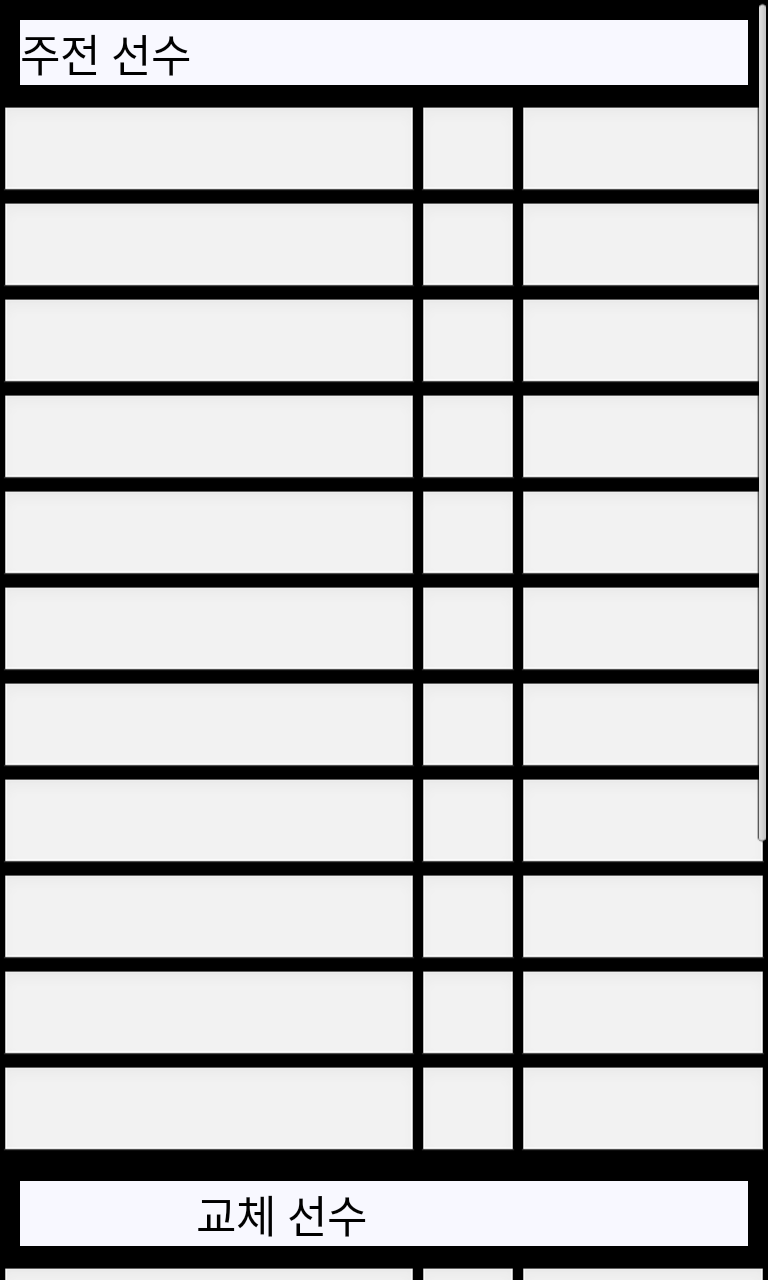
Repository: kwk0518/dongne
Layout: dongne_proto/test/res/layout/player.xml
These files come from the project's save history. The layout is drawn as it stood at one moment and after the next save; the edit follows.
It is drawn on a 768 x 1280 px phone screen (xhdpi) without system bars, with theme android:Theme; the app's code is not run.

Above is the layout before, as saved 2012-06-20 18:38:06.

After the next save:
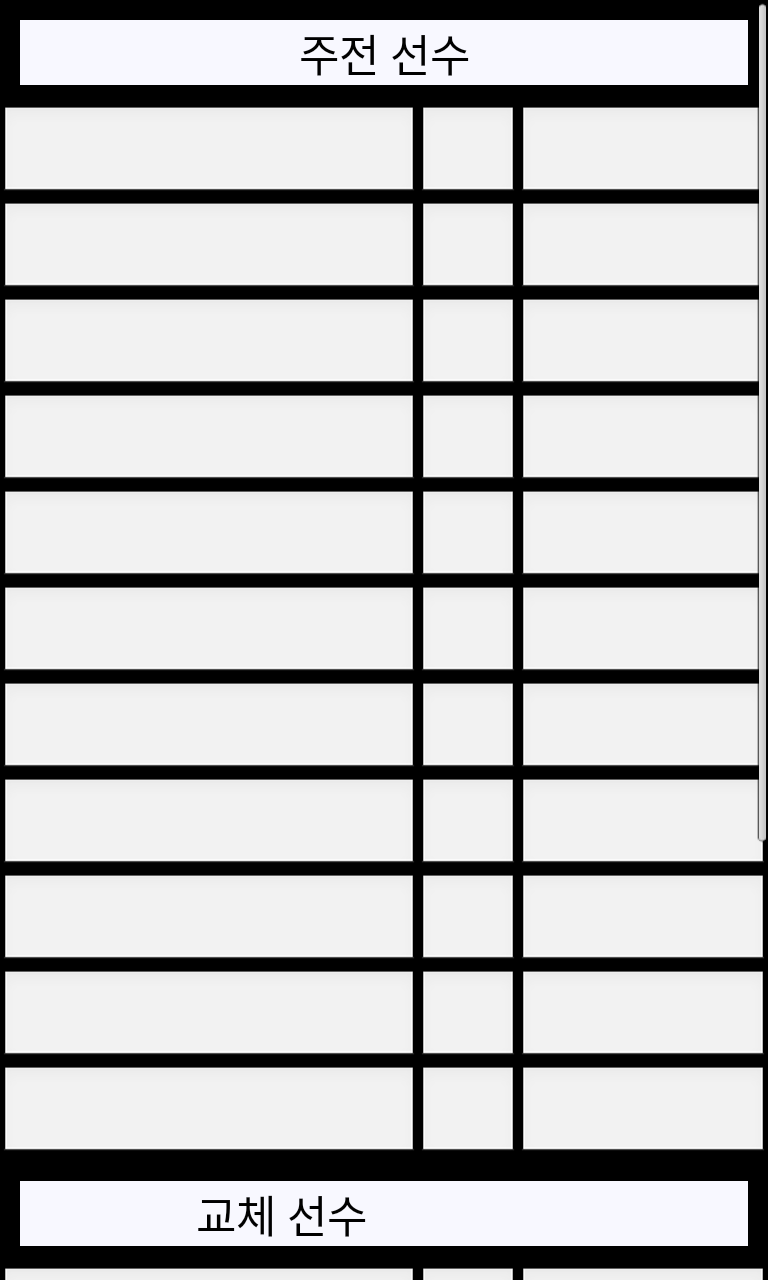
Saved 100 s later.
--- a/dongne_proto/test/res/layout/player.xml
+++ b/dongne_proto/test/res/layout/player.xml
@@ -8,17 +8,16 @@
     android:layout_height="fill_parent"
         android:stretchColumns="0"
          >
- <TextView
-        android:layout_width="fill_parent"
-        android:layout_height="wrap_content"
-        android:text="주전 선수"
-        android:textSize="10pt"
-        android:textColor="#000000"
-        android:background="#F8F8FF"
-        android:layout_margin="10dip"
-
-
-        />
+
+        <TextView
+            android:gravity="center_horizontal"
+            android:layout_width="fill_parent"
+            android:layout_height="wrap_content"
+            android:layout_margin="10dip"
+            android:background="#F8F8FF"
+            android:text="주전 선수"
+            android:textColor="#000000"
+            android:textSize="10pt" />
 
 <TableRow>
 
